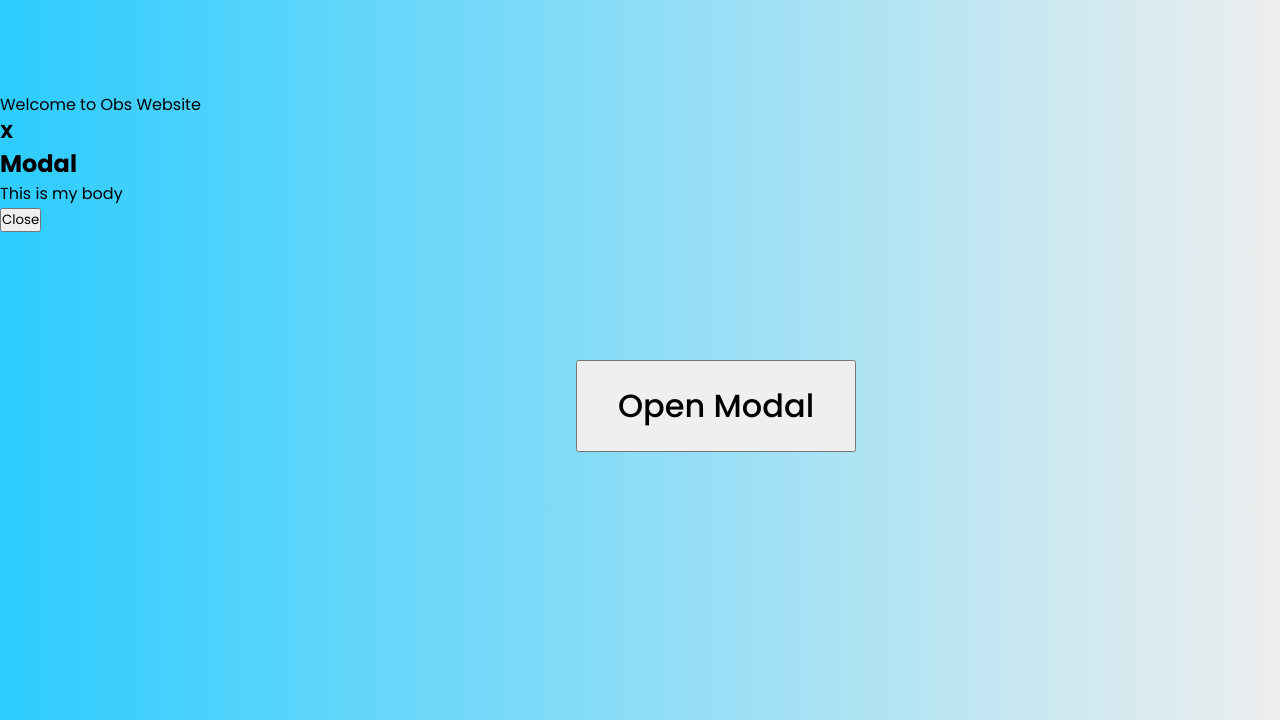
Repository: lausamtuong/Modal_card
Page: index.html
The author's editor kept a copy of each file at every save. The page is drawn from the files as they stood at one save, then again after the next save.
The browser window is 1280 px wide. The pictures show the whole page.
The style sheet was rebuilt from its Sass, Less or Tailwind sources for each picture, by a compiler version that may differ from the author's.

Above is the page before, as saved 2021-12-14 21:32:58.

### index.html
<!DOCTYPE html>
<html lang="en">
<head>
    <meta charset="UTF-8">
    <meta http-equiv="X-UA-Compatible" content="IE=edge">
    <meta name="viewport" content="width=device-width, initial-scale=1.0">
    <link rel="stylesheet" href="style.css">
    <link href="https://fonts.googleapis.com/css2?family=Poppins:wght@400;500;700&display=swap" rel="stylesheet">
    <title>Document</title>
</head>
<body>
    <button class="open__btn">Open Modal</button>
    <div class="modal">
        <div class="modal__inner">
            <div class="modal__heade">
                <p>Welcome to Obs Website</p>
                <h3>X</h3>
            </div>
            <div class="modal__body">
                <h2>Modal</h2>
                <p>This is my body</p>
            </div>
            <div class="modal__footer">
                <button class="modal__close-btn">Close</button>
            </div>
        </div>
    </div>
</body>
</html>

### style.scss
*{
    margin: 0;
    padding: 0;
    box-sizing: border-box;
    font-family: 'Poppins', sans-serif;
}
body{
    height: 100vh;
    background:  linear-gradient( to right,#2cccff ,#eee );;
}
.open__btn{
     position: relative;;
   top:50%;
   left:45%;
   outline: none;
   padding : 20px 40px;
   font-weight: 500;
   font-size: 2rem;

}

After the next save:
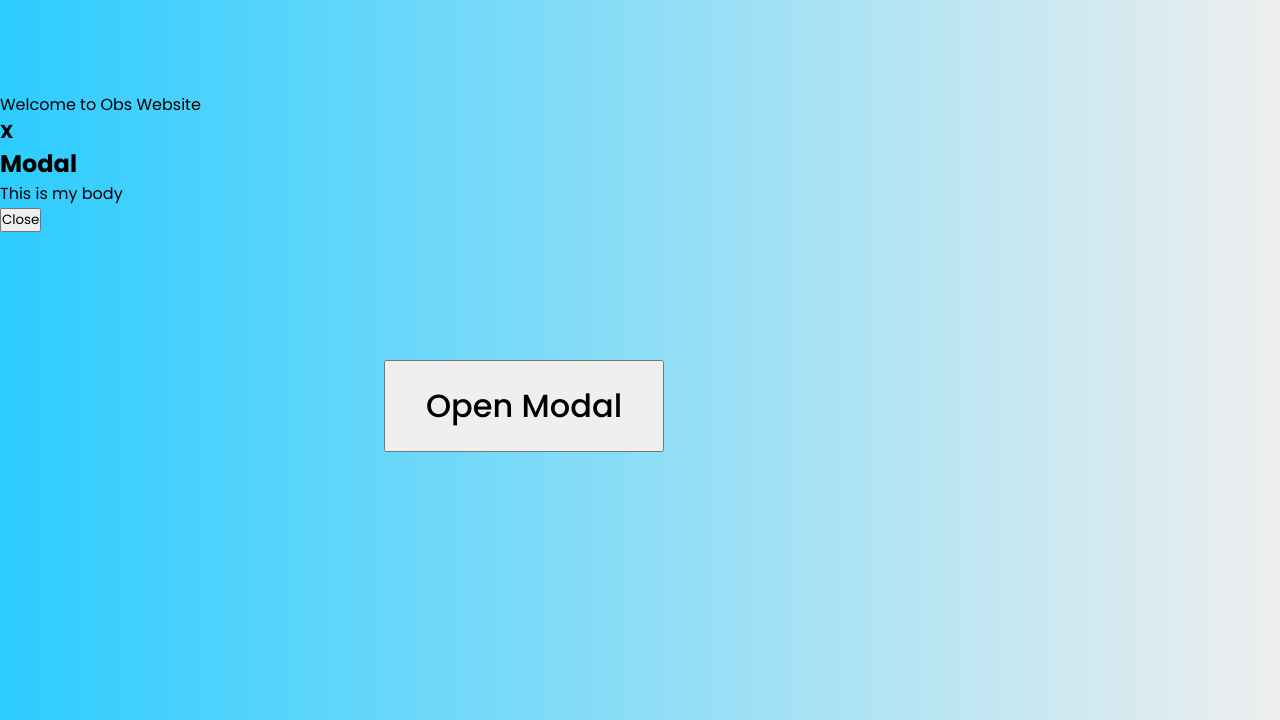
Saved 4 s later.
--- a/style.scss
+++ b/style.scss
@@ -11,7 +11,7 @@ body{
 .open__btn{
      position: relative;;
    top:50%;
-   left:45%;
+   left:30%;
    outline: none;
    padding : 20px 40px;
    font-weight: 500;
